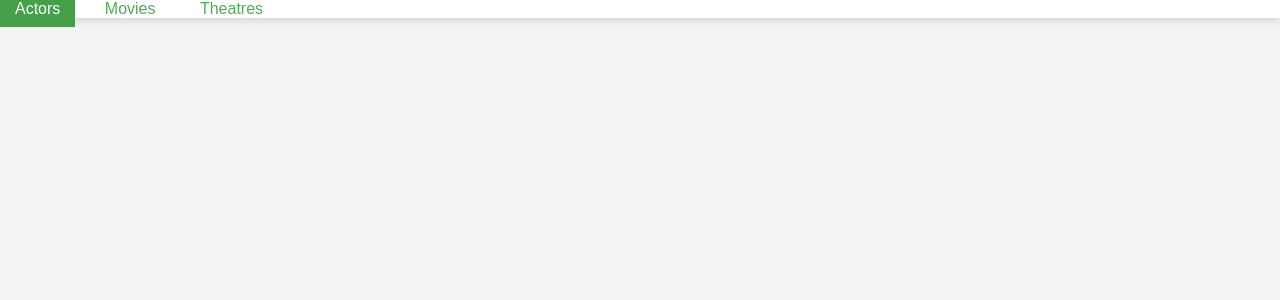
Repository: Rohit-Sarkar55/microservice-Springboot
Page: http://localhost/movie-web/views/navbar.jsp
The author's editor kept a copy of each file at every save. The page is drawn from the files as they stood at one save, then again after the next save.
The browser window is 1280 px wide. The pictures show the whole page.
The page is served by Tomcat 9.

Above is the page before, as saved 2024-01-18 08:44:11.

After the next save:
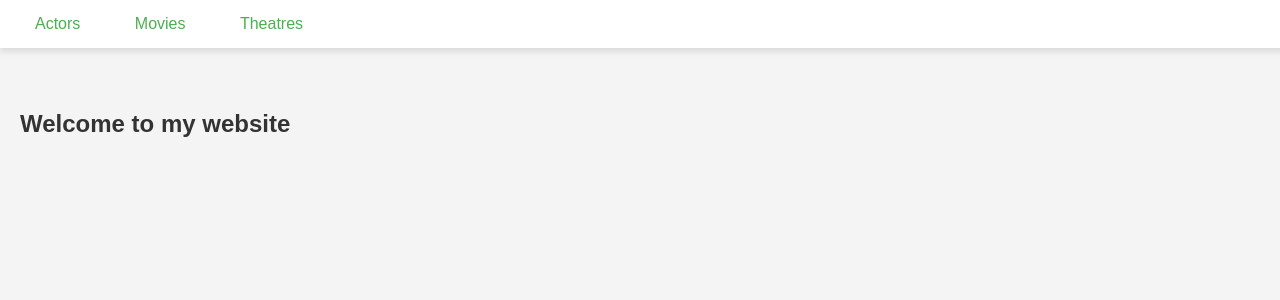
Saved 95 s later.
--- a/movie-web/src/main/webapp/views/navbar.jsp
+++ b/movie-web/src/main/webapp/views/navbar.jsp
@@ -1,11 +1,10 @@
-<%@ page language="java" contentType="text/html; charset=ISO-8859-1"
-    pageEncoding="ISO-8859-1"%>
+<%@ page language="java" contentType="text/html; charset=ISO-8859-1" pageEncoding="ISO-8859-1"%>
 <!DOCTYPE html>
 <html>
 <head>
-<meta charset="ISO-8859-1">
-<title>Insert title here</title>
-	<style>
+    <meta charset="ISO-8859-1">
+    <title>Insert title here</title>
+    <style>
         body {
             font-family: Arial, sans-serif;
             background-color: #f4f4f4;
@@ -21,15 +20,16 @@
             top: 0;
             left: 0;
             width: 100%;
-            background-color: #fff; /* Add background color for better visibility */
+            background-color: #fff;
             box-shadow: 0 4px 6px rgba(0, 0, 0, 0.1);
-            z-index: 1000; /* Ensure the navbar appears above other content */
+            z-index: 1000;
             margin-bottom: 20px;
+            padding: 15px; /* Increase the padding for a larger navbar */
         }
 
         nav a {
             text-decoration: none;
-            padding: 10px 15px;
+            padding: 10px 20px; /* Increase padding for buttons */
             margin-right: 10px;
             color: #4CAF50;
         }
@@ -41,20 +41,20 @@
 
         /* Add padding to the body to account for the fixed navbar */
         body {
-            padding-top: 40px;
+            padding-top: 70px; /* Adjust padding to account for larger navbar */
         }
     </style>
 </head>
 <body>
-	<nav>
-		<a href="actors">Actors</a>
-		<a href="movies">Movies</a>
-		<a href="theatres">Theatres</a>
-	</nav>
+    <nav>
+        <a href="actors">Actors</a>
+        <a href="movies">Movies</a>
+        <a href="theatres">Theatres</a>
+    </nav>
 
+    <h2>Welcome to my website</h2>
 
-
-	<!-- Your content goes here -->
+    <!-- Your content goes here -->
 
 </body>
 </html>
